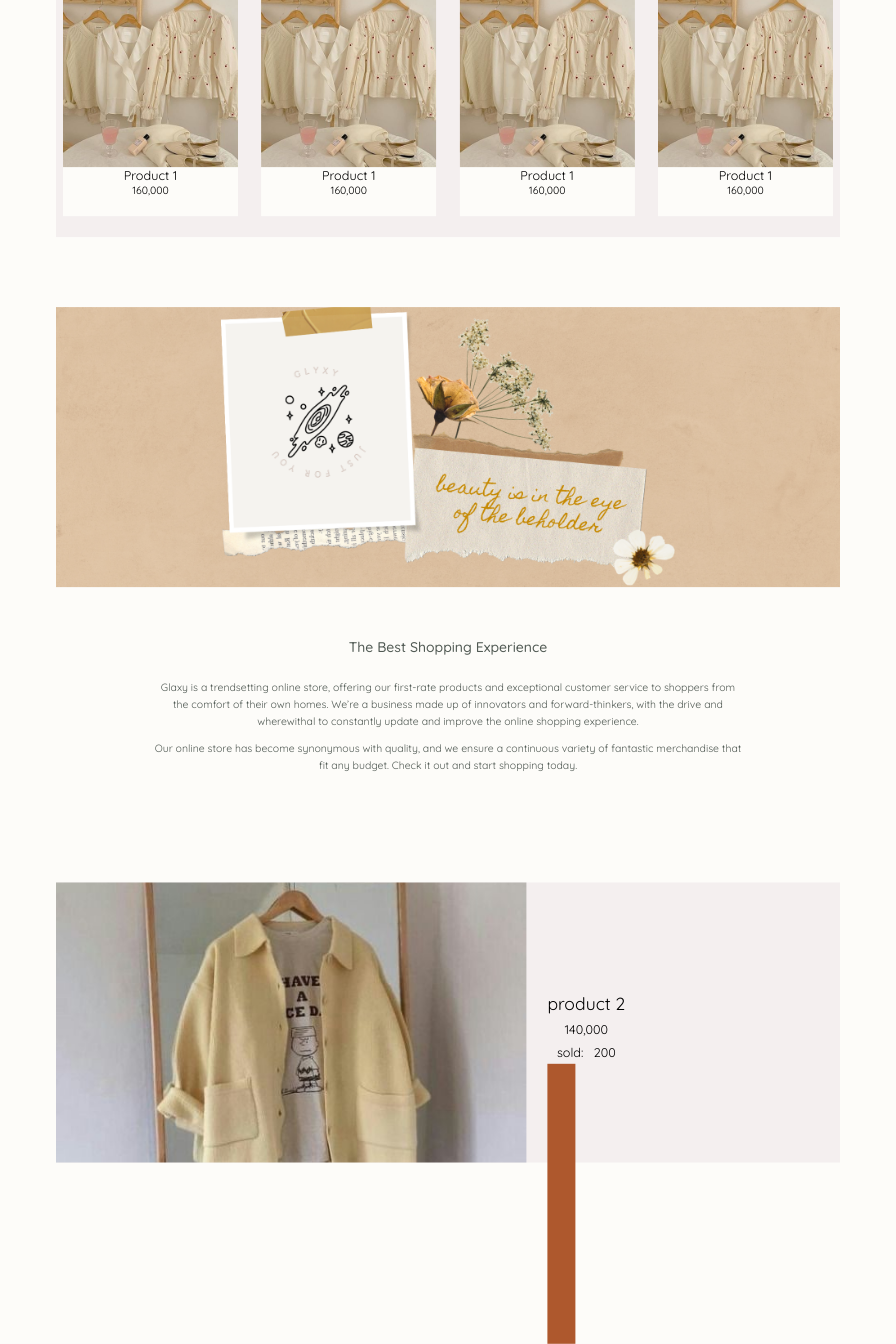
Repository: nganha241/store
Page: index.html
These files come from the project's save history. The page is drawn as it stood at one moment and after the next save; the edit follows.
The browser window is 1280 px wide. The pictures show the part of the page from y = 2054 to 3974 px (the page is 3974 px tall before and 3719 px after), at 70% of full size.
Some web libraries are served in a nearby version.

Above is the page before, as saved 2022-04-17 09:17:16.

### index.html
<!DOCTYPE html>
<html lang="en">
  <head>
    <meta charset="UTF-8" />
    <meta http-equiv="X-UA-Compatible" content="IE=edge" />
    <meta name="viewport" content="width=device-width, initial-scale=1.0" />
    <title>Document</title>
    <link rel="stylesheet" href="style.css" />
  </head>
  <body>
    <div class="header">
      <div class="tools">
        <div class="notification">
          <i class="fa-solid fa-bell"></i>
        </div>
        <div class="account">
          <i class="fa-solid fa-circle-user"></i>
          <span><i class="fa-solid fa-angle-down"></i></span>
        </div>
        <div class="cart">
          <i class="fa-solid fa-bag-shopping"></i>
        </div>
      </div>
      <hr />
      <nav>
        <div class="logo"><a href="#">Glyxy</a></div>
        <ul class="menu">
          <li><a href="#">Home</a></li>
          <li><a href="#">New Collection</a></li>
          <li><a href="#">Shop</a></li>
          <li><a href="#">About Us</a></li>
          <li><a href="#">Support</a></li>
        </ul>
      </nav>
      <div class="banner">
        <div class="slogan">
          <h4>One-of-a-Kind Items</h4>
          <p>Easy, Fun Shopping</p>
        </div>
        <div class="img-banner">
          <img src="./img/banner.jpg" alt="" />
        </div>
      </div>
    </div>
    <div class="section">
      <div class="into-title">
        <h1>Welcome</h1>
      </div>
      <div class="intro">
        <div class="intro-card">
          <div class="intro-img">
            <img src="./img/intro/i1.jpg" alt="" />
          </div>
        </div>
        <div class="intro-card">
          <div class="intro-img">
            <img src="./img/intro/i2.jpg" alt="" />
          </div>
        </div>
        <div class="intro-card">
          <div class="intro-img">
            <img src="./img/intro/i3.jpg" alt="" />
          </div>
        </div>
        <div class="intro-card">
          <div class="intro-img">
            <img src="./img/intro/i4.jpg" alt="" />
          </div>
        </div>
        <div class="intro-card">
          <div class="intro-img">
            <img src="./img/intro/i5.jpg" alt="" />
          </div>
        </div>
      </div>
      <div class="pro-title">
        <h2><a href="#">Products >></a></h2>
      </div>
      <div class="products">
        <div class="card">
          <div class="pro-img">
            <img src="./img/products/p1.jpg" alt="" />
          </div>
          <div class="pro-name">Product 1</div>
          <div class="pro-price">160,000</div>
          <div class="add-cart">
            <button>Add to cart</button>
          </div>
        </div>
        <div class="card">
          <div class="pro-img">
            <img src="./img/products/p1.jpg" alt="" />
          </div>
          <div class="pro-name">Product 1</div>
          <div class="pro-price">160,000</div>
          <div class="add-cart">
            <button>Add to cart</button>
          </div>
        </div>
        <div class="card">
          <div class="pro-img">
            <img src="./img/products/p1.jpg" alt="" />
          </div>
          <div class="pro-name">Product 1</div>
          <div class="pro-price">160,000</div>
          <div class="add-cart">
            <button>Add to cart</button>
          </div>
        </div>
        <div class="card">
          <div class="pro-img">
            <img src="./img/products/p1.jpg" alt="" />
          </div>
          <div class="pro-name">Product 1</div>
          <div class="pro-price">160,000</div>
          <div class="add-cart">
            <button>Add to cart</button>
          </div>
        </div>
        <div class="card">
          <div class="pro-img">
            <img src="./img/products/p1.jpg" alt="" />
          </div>
          <div class="pro-name">Product 1</div>
          <div class="pro-price">160,000</div>
          <div class="add-cart">
            <button>Add to cart</button>
          </div>
        </div>
        <div class="card">
          <div class="pro-img">
            <img src="./img/products/p1.jpg" alt="" />
          </div>
          <div class="pro-name">Product 1</div>
          <div class="pro-price">160,000</div>
          <div class="add-cart">
            <button>Add to cart</button>
          </div>
        </div>
        <div class="card">
          <div class="pro-img">
            <img src="./img/products/p1.jpg" alt="" />
          </div>
          <div class="pro-name">Product 1</div>
          <div class="pro-price">160,000</div>
          <div class="add-cart">
            <button>Add to cart</button>
          </div>
        </div>
        <div class="card">
          <div class="pro-img">
            <img src="./img/products/p1.jpg" alt="" />
          </div>
          <div class="pro-name">Product 1</div>
          <div class="pro-price">160,000</div>
          <div class="add-cart">
            <button>Add to cart</button>
          </div>
        </div>
      </div>
      <div class="about-us">
        <div class="about-img">
          <img src="./img/about/about.png" alt="" />
        </div>
        <div class="about-text">
          <h5>The Best Shopping Experience</h5>
          <p>
            Glaxy is a trendsetting online store, offering our first-rate
            products and exceptional customer service to shoppers from the
            comfort of their own homes. We’re a business made up of innovators
            and forward-thinkers, with the drive and wherewithal to constantly
            update and improve the online shopping experience.
          </p>
          <p>
            Our online store has become synonymous with quality, and we ensure a
            continuous variety of fantastic merchandise that fit any budget.
            Check it out and start shopping today.
          </p>
        </div>
      </div>
      <div class="featured">
        <div class="slider">
          <div class="featured-img">
            <img src="./img/products/p2.jpg" alt="" />
          </div>
          <div class="featured-more">
            <div class="featured-name">product 2</div>
            <div class="featured-price">140,000</div>
            <div class="featured-sold">sold: <span>200</span></div>
            <div class="featured-choose"></div>
          </div>
        </div>
      </div>
      <div class="support"></div>
    </div>
    <div class="footer">
      <!-- <div class="coppyright">
        <i class="fa fa-copyright" aria-hidden="true"></i>
        <span>2022 by NganHa</span>
      </div> -->
    </div>

    <script
      src="https://kit.fontawesome.com/ae971d7ee0.js"
      crossorigin="anonymous"
    ></script>
    <script src="./main.js"></script>
  </body>
</html>

### style.css
@import url('https://fonts.googleapis.com/css2?family=Quicksand:wght@300;400;500;600;700&family=Space+Grotesk:wght@300;400&display=swap');

* {
    font-family: 'Quicksand', sans-serif;
    box-sizing: border-box;
}

body {
    background: #fdfcf9;
    position: relative;
    height: auto;
    padding: 0;
    margin: 0;
}

a {
    text-decoration: none;
}

li {
    list-style: none;
}

.header {
    padding: 40px 80px;
}

.header .tools {
    display: flex;
    justify-content: flex-end;
    gap: 15px;
}

.header .tools .notification,
.header .tools .account,
.header .tools .cart {
    cursor: pointer;
}

.header .tools .fa-solid {
    font-size: 22px;
    color: #ae582d;
}

.header .tools .account span .fa-solid{
    font-size: 18px;
    color: #111;
    margin-left: 10px;
    margin-right: 15px;
}

.header .tools .account:hover .fa-solid{
    color: #ae582d;
}

.header hr {
    background: #48503c;
}

.header nav {
    display: flex;
    width: 100%;
}

.header nav .logo {
    width: 50%;
    padding-top: 20px;
}

.header nav .logo a{
    font-family: 'Space Grotesk', sans-serif;
    font-size: 30px;
    color: #48503c;
    font-weight: 100;

}

.header nav .logo a:hover {
    color: #111;
}

.header nav .menu {
    display: flex;
    gap: 15px;
    padding-top: 7px;
    justify-content: flex-end;
    width: 50%;
}

.header nav .menu li {
    float: left;
}

.header nav .menu li a {
    display: block;
    padding: 6px 0px 0px 15px;
    color: #48503c;
}

.header nav .menu li:hover a {
    color: #111;
}

.header .banner {
    width: 100%;
    height: 700px;
    display: flex;
    align-items: center;
    margin-top: 30px;
    position: relative;
}

.header .banner .slogan {
    width: 50%;
    padding-left: 60px;
    padding-right: 20px;
}

.header .banner .slogan h4 {
    color: #ae582d;
    font-family: 'Space Grotesk', sans-serif;
    font-size: 60px;
    font-weight: 200;
}

.header .banner .slogan p {
    font-size: 20px;
    color: #515a54;
    margin-top: -50px;
}

.header .banner .img-banner{
    width: 50%;
    height: 100%;
}

.header .banner .img-banner img {
    width: 100%;
    height: 100%;
    object-fit: cover;
}

.section {
    height: auto;
    margin-top: 100px;
    padding: 0 80px;
}

.section .into-title {
    margin-top: 100px;
    text-align: center;
}

.section .into-title h1 {
    font-family: 'Space Grotesk', sans-serif;
    font-size: 50px;
}

.section .intro {
    display: flex;
    flex-wrap: wrap;
    justify-content: space-between;
    margin-bottom: 100px;
    margin-top: 80px;
    gap: 10px;
}

.section .intro .intro-card .intro-img {
    width: 200px;
    height: 200px;
}

.section .intro .intro-card .intro-img img {
    width: 100%;
    height: 100%;
    border-radius: 50%;
}

.section .pro-title{
    height: auto;
    width: 200px;
    background: #f4e9c7;
    text-align: center;
    margin-bottom: -15px;
}

.section .pro-title h2 a{
    font-size: 30px;
    color: #48503c;
    font-weight: 200;
}

.section .products {
    display: flex;
    flex-wrap: wrap;
    justify-content: space-between;
    row-gap: 30px;
    padding: 30px 10px;
    background: rgb(244, 239, 239);
}

.section .products .card {
    width: 250px;
    height: 400px;
    background: #fdfcf9;
    text-align: center;
    cursor: pointer;
    transition: 0.4s;
    position: relative;
}

.section .products .card:hover {
    transform: scale(1.1 , 1.1);
    background: rgba(255, 255, 255, 0.4);

}

.section .products .card .pro-img {
    height: 330px;
}

.section .products .card .pro-img img{
    width: 100%;
    height: 100%;
    object-fit: cover;
}

.section .products .card .pro-name {
    font-size: 18px;
}

.section .products .card .pro-price {
    font-size: 15px;
}

.section .products .card .add-cart {
    margin-top: -220px;

}

.section .products .card .add-cart button{
    opacity: 0;
    height: 40px;
    background: #ae582d;
    border: 0;
    cursor: pointer;
    transition: 0.4s;
    color: #fff;
}

.section .products .card:hover .add-cart button {
    transition: 0.4s;
    opacity: 1;
}

.section .products .card .add-cart button:hover {
    transform: scale(1.1);
}

.about-us {
    margin-top: 100px;
}

.about-img {
    height: 400px;
}

.about-img img{
    width: 100%;
    height: 100%;
    object-fit: cover;
}

.about-us .about-text {
    padding: 40px 140px;
    text-align: center;
    color: #515a54;
}

.about-us .about-text h5 {
    font-size: 20px;
    font-weight: 500;
}

.about-us .about-text p {
    line-height: 1.6;
    font-size: 15px;
}

.section .featured {
    height: auto;
    margin-top: 100px;
    background: rgb(244, 239, 239);
}

.section .featured .slider {
    height: 400px;
    display: flex;
    gap: 30px;
}

.section .featured .slider .featured-img {
    width: 60%;
}

.section .featured .slider .featured-img img{
    height: 100%;
    width: 100%;
    object-fit: cover;
}

.section .featured .slider .featured-more {
    text-align: center;
    padding-top: 150px;
    line-height: 1.8;
}

.section .featured .slider .featured-more .featured-name {
    font-size: 25px;
}

.section .featured .slider .featured-more .featured-price {
    font-size: 18px;
}

.section .featured .slider .featured-more .featured-sold {
    font-size: 18px;
}

.section .featured .slider .featured-more .featured-sold span {
    margin-left: 10px;
}

.section .featured .slider .featured-more .featured-choose {
    height: 400px;
    width: 40px;
    background: #ae582d;
}

/* .footer {
    width: auto;
    height: 200px;
    background: rgb(244, 239, 239);
    text-align: center;

}

.footer .coppyright {
    padding-top: -200px;
} */

### main.js
const banners = document.querySelectorAll(".img-banner .image img");
const slider = document.querySelector(".slider img");

let countIndex = 0;
let currentIndex;

// setInterval(
//   banners.forEach((banner, index) => {
//     currentIndex = countIndex;
//     countIndex = index;
//     console.log(currentIndex);
//     console.log(countIndex);
//     slider.src = banner.src;
//   }),
//   1000
// );

banners.forEach((banner) => {
  currentIndex = countIndex;
  countIndex++;
  console.log(currentIndex);
  console.log(countIndex);
  slider.src = banner.src;
});

After the next save:
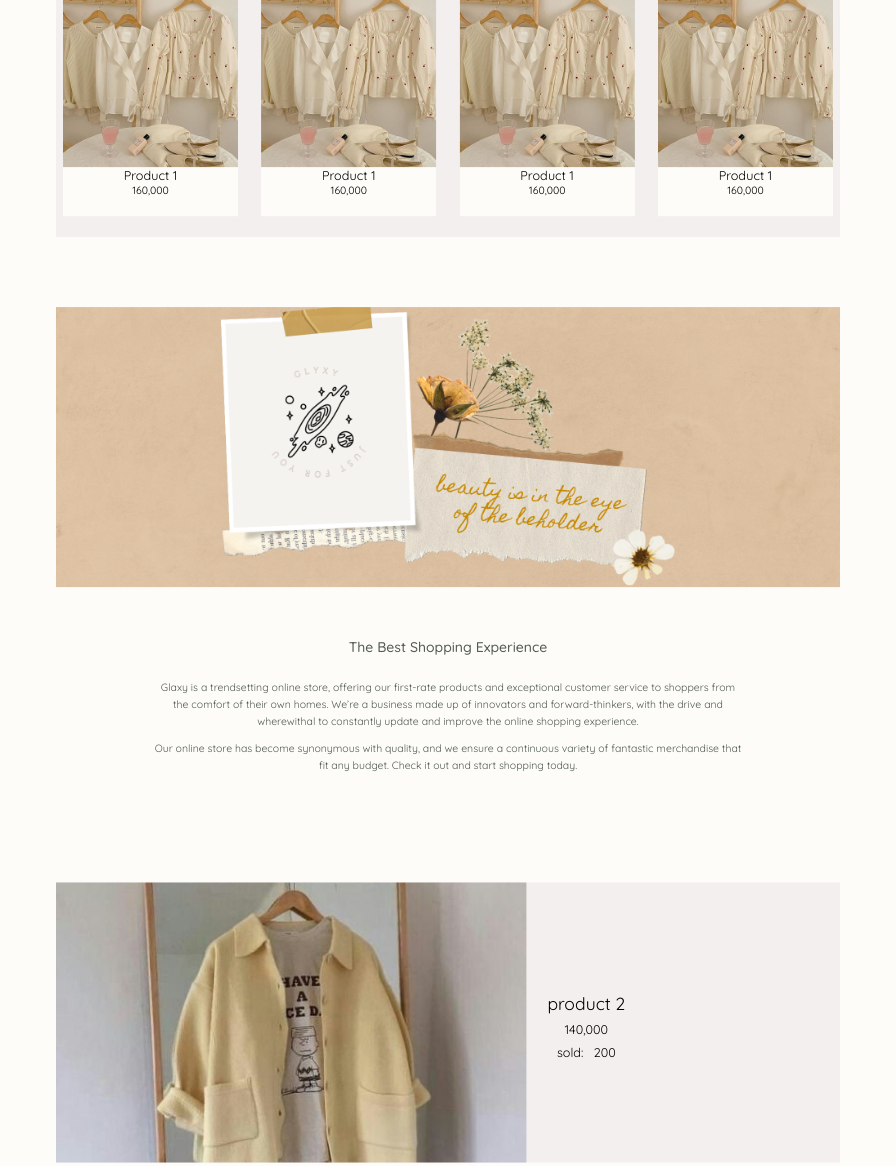
Saved 40 s later.
--- a/index.html
+++ b/index.html
@@ -187,8 +187,8 @@
             <div class="featured-name">product 2</div>
             <div class="featured-price">140,000</div>
             <div class="featured-sold">sold: <span>200</span></div>
-            <div class="featured-choose"></div>
-          </div>
+          </div>
+          <div class="featured-choose"></div>
         </div>
       </div>
       <div class="support"></div>
